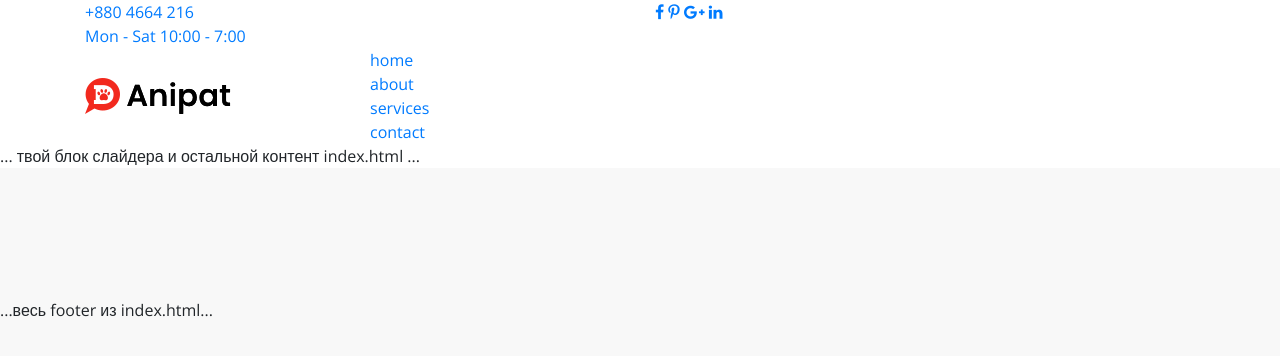
Repository: ssezmar/php...
Page: http://localhost/lab2/index.php
The author's editor kept a copy of each file at every save. The page is drawn from the files as they stood at one save, then again after the next save.
The browser window is 1280 px wide. The pictures show the whole page.
The page is run by PHP 8.4 with error messages shown; the project is at /var/www/html/.

Above is the page before, as saved 2025-09-17 12:23:31.
Console error: TypeError: $(...).find(...).ajaxChimp is not a function

After the next save:
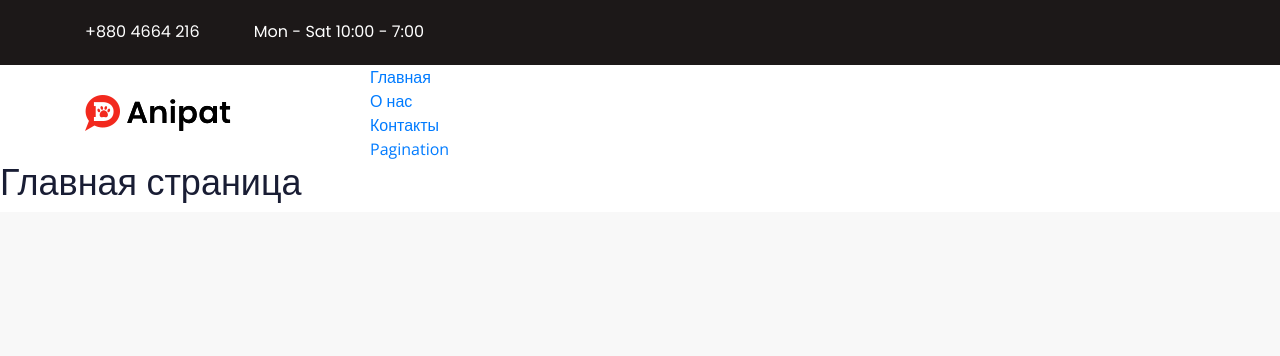
The error is gone.
Saved 19 s later.
--- a/public_html/lab2/index.php
+++ b/public_html/lab2/index.php
@@ -1,21 +1,6 @@
-<?php
-$pageTitle = "Главная - Animal";
-include "includes/header.php";
-
-// Top menu только на index.php и contact.php
-if (basename($_SERVER['PHP_SELF']) === 'index.php' || basename($_SERVER['PHP_SELF']) === 'contact.php') {
-    include "includes/topmenu.php";
-}
-
-// Меню делаем через массив
-include "includes/menu.php";
-?>
-
-<!-- Здесь начинается уникальный контент для главной страницы -->
+<?php include "header.php"; ?>
+<!-- Контент главной страницы -->
 <div class="slider_area">
-    ... твой блок слайдера и остальной контент index.html ...
+    <h1>Главная страница</h1>
 </div>
-
-<?php
-include "includes/footer.php";
-?>
+<?php include "footer.php"; ?>
